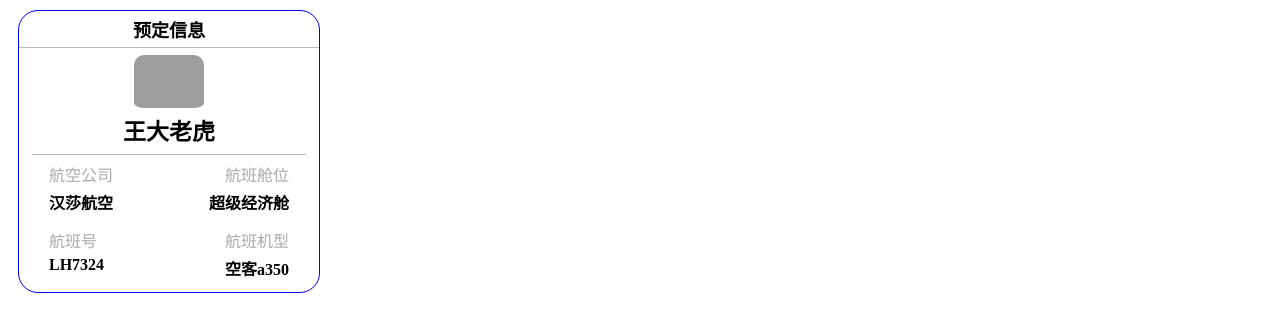
Repository: xzm1997/react-learning
Page: /
These files come from the project's save history. The page is drawn as it stood at one moment and after the next save; the edit follows.
The browser window is 1280 px wide. The pictures show the whole page.
Pictures or frames that could not be fetched are drawn as grey boxes. The project was rebuilt for these pictures with package versions that can differ from the ones it lists, and the page was loaded fresh each time. Also part of the build but not shown: src/index.css.

Above is the page before, as saved 2023-02-11 09:53:29.

After the next save:
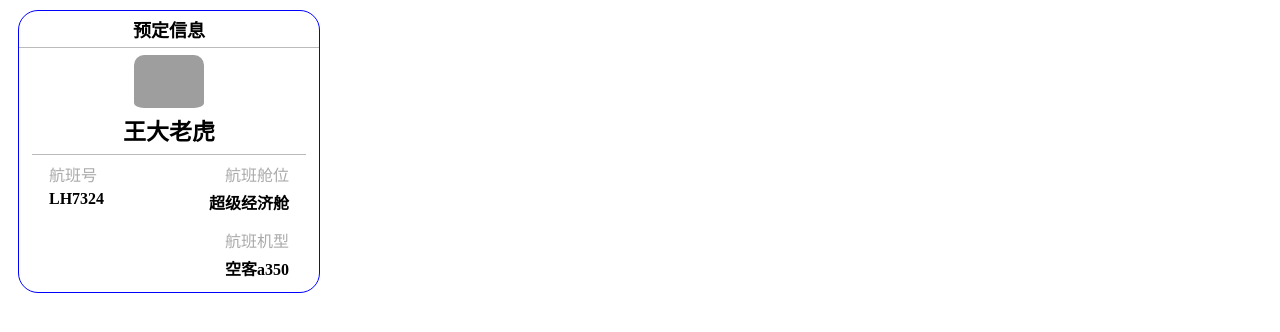
Saved 2 min 18 s later.
--- a/src/component/BookInfo.js
+++ b/src/component/BookInfo.js
@@ -29,7 +29,7 @@ export default function BookInfo(props) {
       <UserInfo userName={props.userName} />
       <div className='infoDisplay'>
         <div className='infoItem leftSide'>
-          <InfoShow title='航空公司' content={props.ticketInfo.airline}/>
+          {/* <InfoShow title='航空公司' content={props.ticketInfo.airline}/> */}
           <InfoShow title='航班号' content={props.ticketInfo.flightNum}/>
         </div>
         <div className='infoItem rightSide'>
